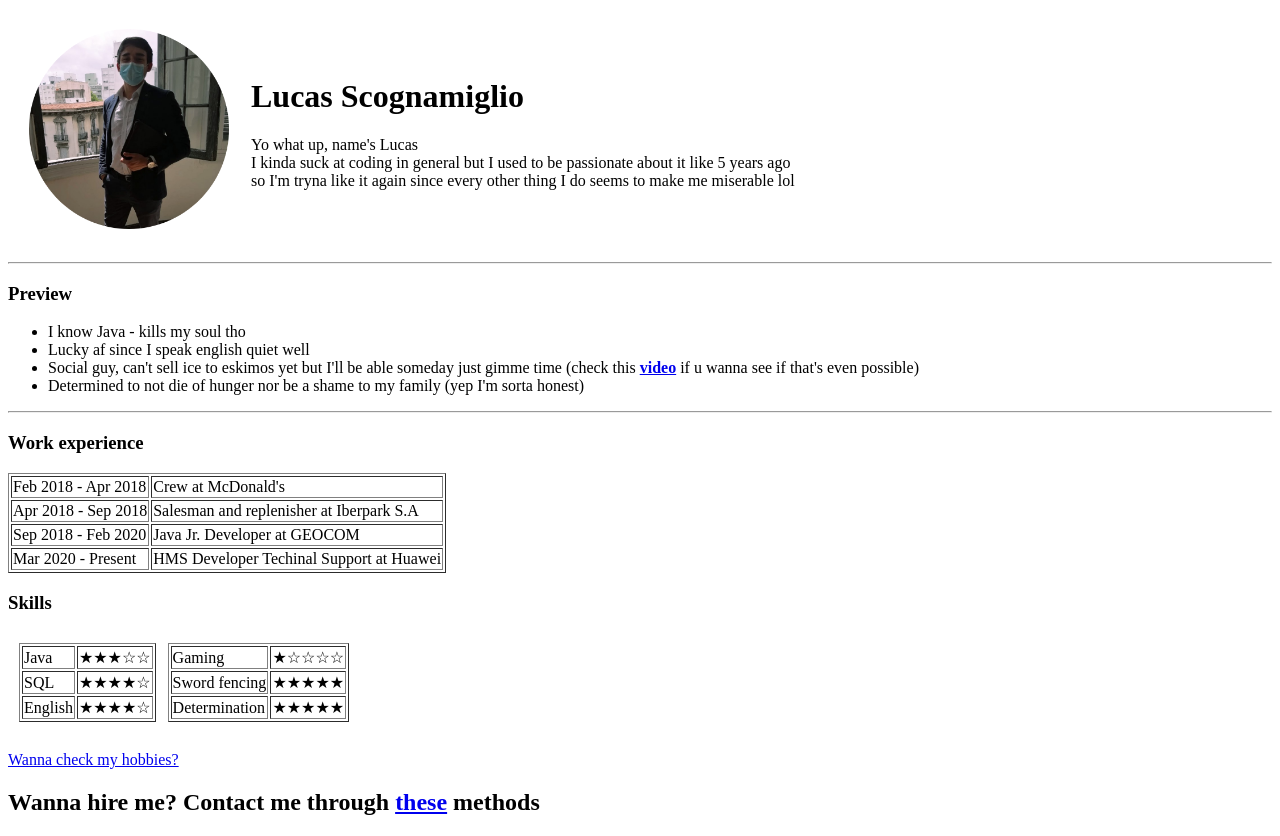
Repository: ScoggoDev/DesarrolloWeb
Page: tarea en equipo 1/cv.html
An editor plug-in stored every save of this project. The page is shown before and after the next save, followed by the edit.
The browser window is 1280 px wide. The pictures show the whole page.

Above is the page before, as saved 2021-07-07 21:18:33.

### tarea en equipo 1/cv.html
<!DOCTYPE html>
<html>
  <head>
    <meta charset="utf-8">
    <title>Lucas's Personal Site</title>
  </head>
  <body>
    <table cellspacing = "20">
      <td><img src="circle-cropped.png" alt="Lucas Scognamiglio" width="200" height="200"></td>
      <td>    <h1>Lucas Scognamiglio</h1>
          <p>Yo what up, name's Lucas <br> I kinda suck at coding in general but I used to be passionate about it like 5 years ago <br> so I'm tryna
          like it again since every other thing I do seems to make me miserable lol</p></td>
    </table>

    <hr>
    <h3>Preview</h3>
    <ul>
      <li>I know Java - kills my soul tho</li>
      <li>Lucky af since I speak english quiet well</li>
      <li>Social guy, can't sell ice to eskimos yet but I'll be able someday just gimme time (check this <strong><a href="https://www.youtube.com/watch?v=TYlfOKTx-Ds">video</a></strong> if u wanna see if that's even possible)</li>
      <li>Determined to not die of hunger nor be a shame to my family (yep I'm sorta honest)</li>
    </ul>
    <hr>
    <h3>Work experience</h3>
    <table border="1" >
      <tr>
        <td>Feb 2018 - Apr 2018</td>
        <td>Crew at McDonald's</td>
      </tr>
      <tr>
        <td>Apr 2018 - Sep 2018</td>
        <td>Salesman and replenisher at Iberpark S.A</td>
      </tr>
      <tr>
        <td>Sep 2018 - Feb 2020</td>
        <td>Java Jr. Developer at GEOCOM</td>
      </tr>
      <tr>
        <td>Mar 2020 - Present</td>
        <td>HMS Developer Techinal Support at Huawei</td>
      </tr>
    </table>

    <h3>Skills</h3>
    <table cellspacing = "10">
      <td>
        <table border="1">
          <tr>
            <td>Java</td>
            <td>★★★☆☆</td>
          </tr>
          <tr>
            <td>SQL</td>
            <td>★★★★☆</td>
          </tr>
          <tr>
            <td>English</td>
            <td>★★★★☆</td>
          </tr>
        </table>
      </td>
      <td>
        <table border="1">
          <tr>
            <td>Gaming</td>
            <td>★☆☆☆☆</td>
          </tr>
          <tr>
            <td>Sword fencing</td>
            <td>★★★★★</td>
          </tr>
          <tr>
            <td>Determination</td>
            <td>★★★★★</td>
          </tr>
        </table>
      </td>
    </table>

    <br>
    <a href="hobbies.html">Wanna check my hobbies?</a>

    <br>
    <h2>Wanna hire me? Contact me through <a href="contact.html">these</a> methods</h2>
  </body>
</html>

After the next save:
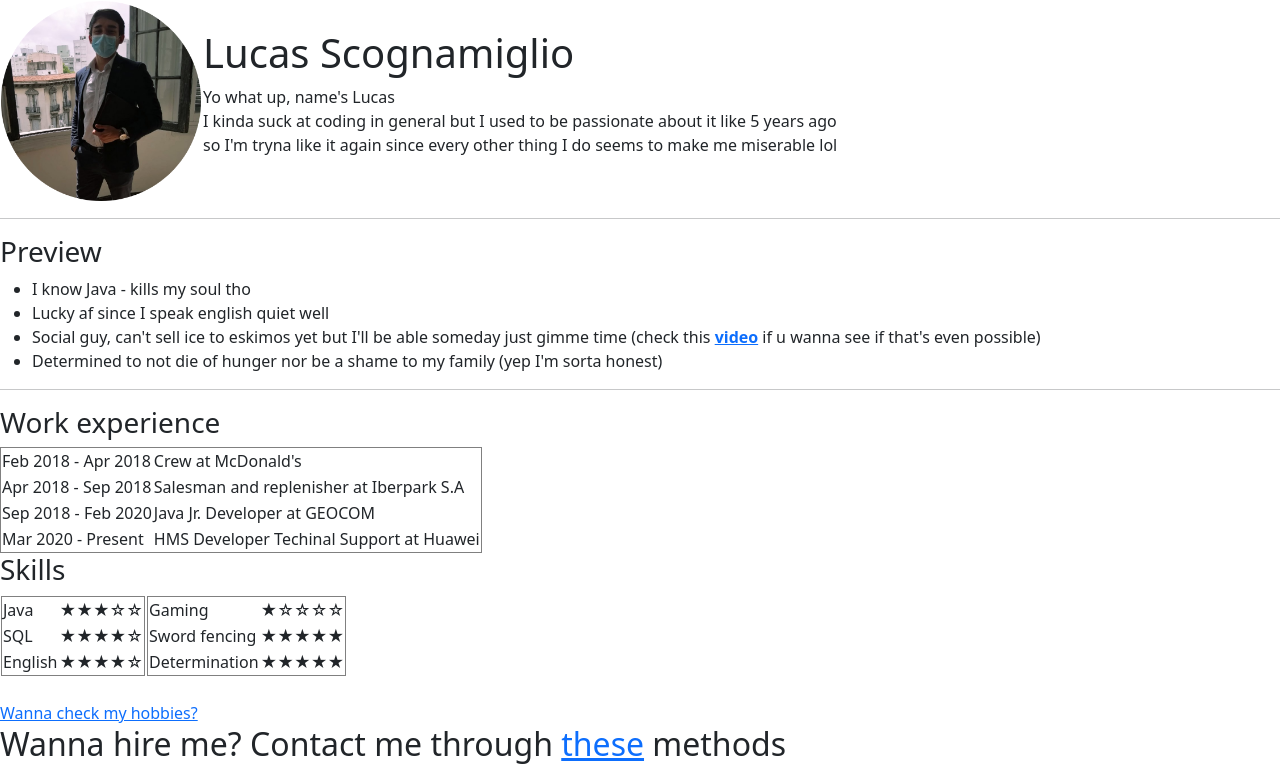
Saved 2 min 54 s later.
--- a/tarea en equipo 1/cv.html
+++ b/tarea en equipo 1/cv.html
@@ -3,6 +3,8 @@
   <head>
     <meta charset="utf-8">
     <title>Lucas's Personal Site</title>
+    <link href="https://cdn.jsdelivr.net/npm/bootstrap@5.0.2/dist/css/bootstrap.min.css" rel="stylesheet" integrity="sha384-EVSTQN3/azprG1Anm3QDgpJLIm9Nao0Yz1ztcQTwFspd3yD65VohhpuuCOmLASjC" crossorigin="anonymous">
+    <script src="https://cdn.jsdelivr.net/npm/bootstrap@5.0.2/dist/js/bootstrap.bundle.min.js" integrity="sha384-MrcW6ZMFYlzcLA8Nl+NtUVF0sA7MsXsP1UyJoMp4YLEuNSfAP+JcXn/tWtIaxVXM" crossorigin="anonymous"></script>
   </head>
   <body>
     <table cellspacing = "20">
